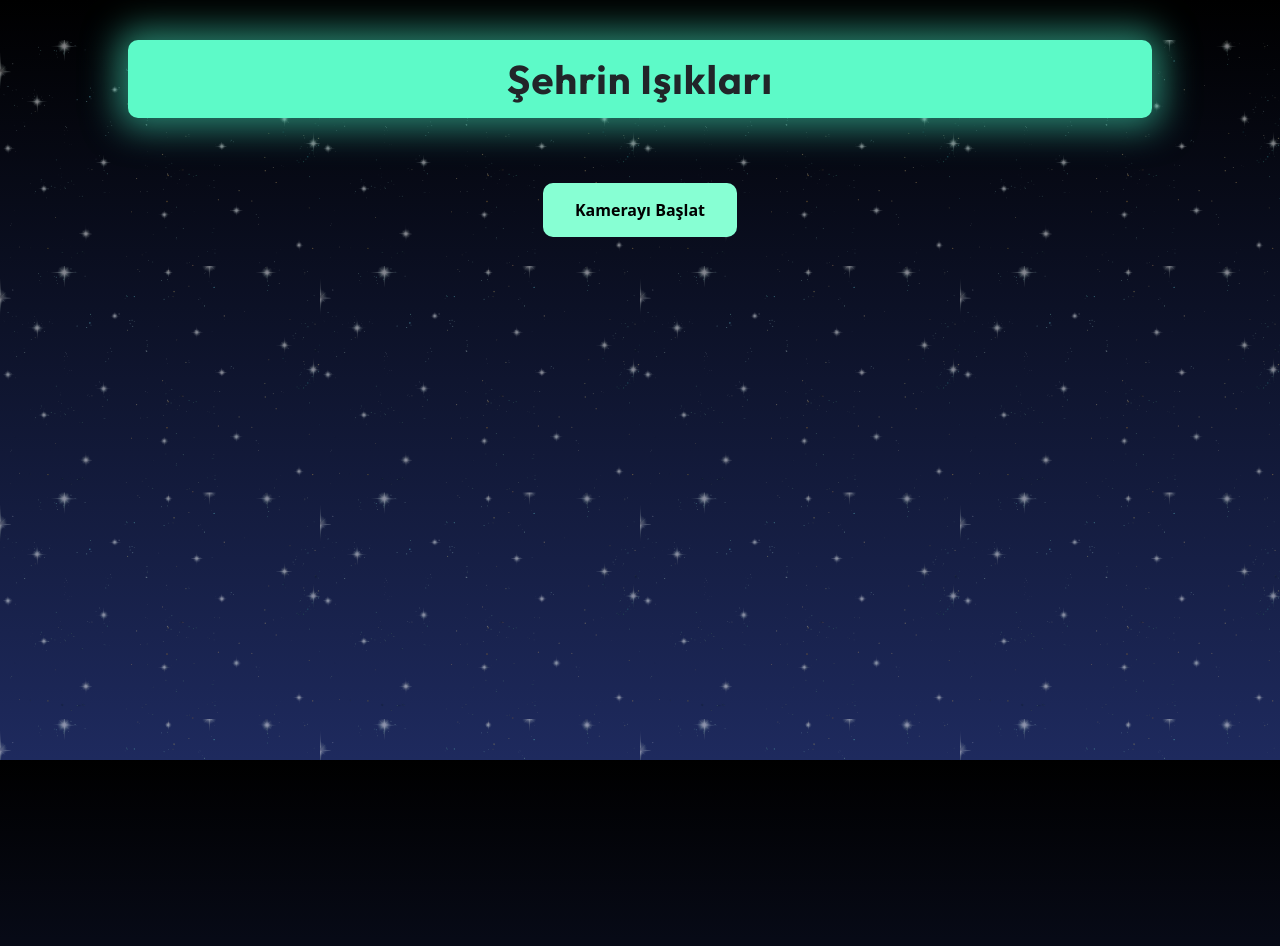
Repository: BiranOrundas/CameraQR
Page: index.html
These files come from the project's save history. The page is drawn as it stood at one moment and after the next save; the edit follows.
The browser window is 1280 px wide. The pictures show the whole page.

Above is the page before, as saved 2024-08-29 15:45:06.

After the next save:
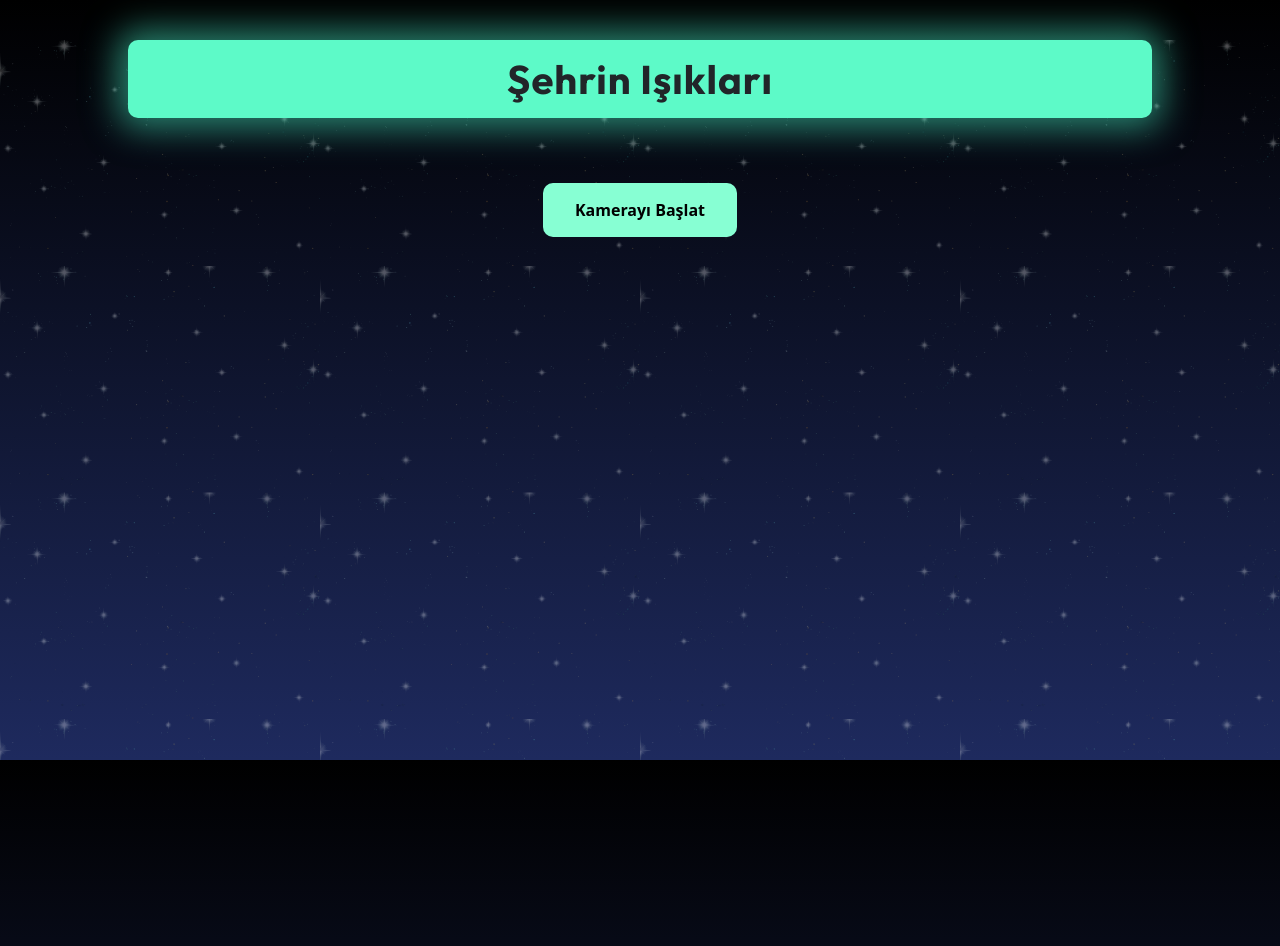
Saved 6 s later.
--- a/style.css
+++ b/style.css
@@ -17,7 +17,7 @@
   margin-left: -10%;
   object-fit: cover;
   z-index: -1;
-  opacity: 0.5;
+  opacity: 0.3;
   background-repeat: repeat;
   background-size: 25%;
 }
